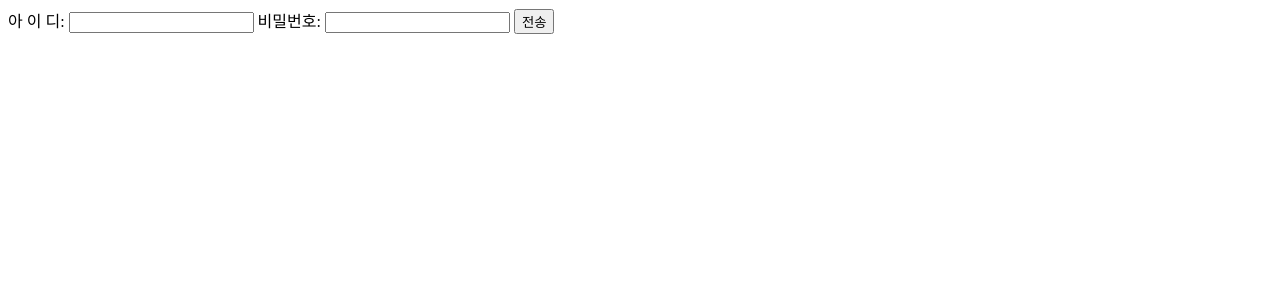
Repository: SJM7301/KH-JSP
Page: http://localhost/JSPBook/ch05/request_test.jsp
The author's editor kept a copy of each file at every save. The page is drawn from the files as they stood at one save, then again after the next save.
The browser window is 1280 px wide. The pictures show the whole page.
The page is served by Tomcat 10.

Above is the page before, as saved 2025-02-04 07:28:46.

After the next save:
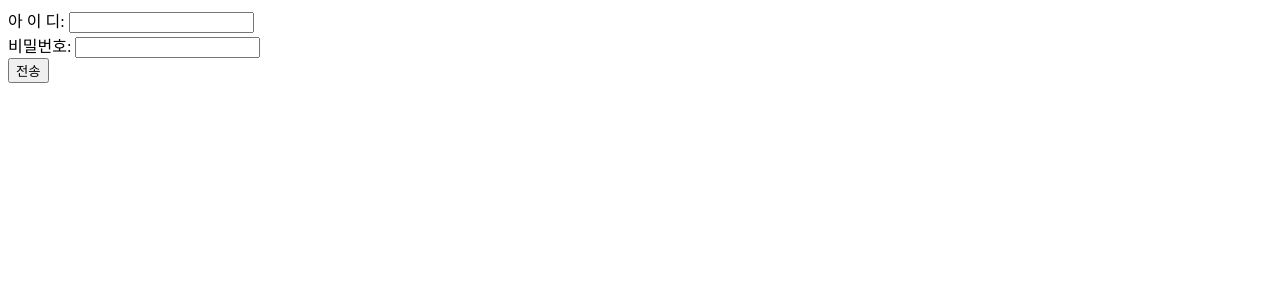
Saved 25 s later.
--- a/JSPBook/src/main/webapp/ch05/request_test.jsp
+++ b/JSPBook/src/main/webapp/ch05/request_test.jsp
@@ -8,8 +8,8 @@
 </head>
 <body>
 	<form action="request_process_test.jsp" method="get">
-		아 이 디: <input type="text" name="id">
-		비밀번호: <input type="text" name="passwd">
+		아 이 디: <input type="text" name="id"><br>
+		비밀번호: <input type="text" name="passwd"><br>
 		<input type="submit" value="전송">
 	</form>
 </body>
